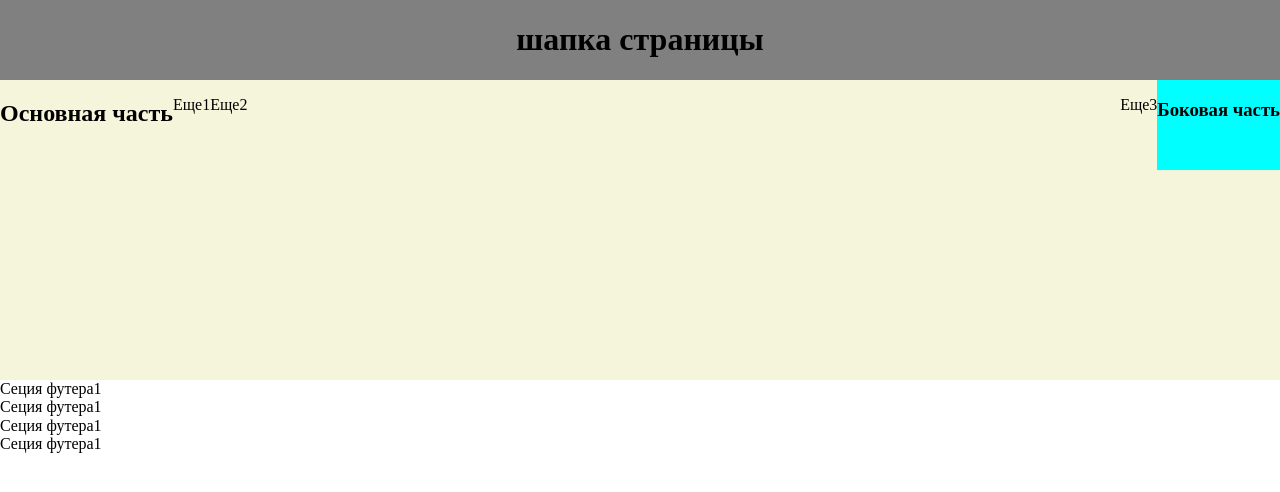
Repository: IrinaGetmanenko/week5
Page: week5/index.html
These files come from the project's save history. The page is drawn as it stood at one moment and after the next save; the edit follows.
The browser window is 1280 px wide. The pictures show the whole page.

Above is the page before, as saved 2022-08-27 20:59:18.

### week5/index.html
<!DOCTYPE html>
<html lang="en">
<head>
    <meta charset="UTF-8">
    <meta http-equiv="X-UA-Compatible" content="IE=edge">
    <meta name="viewport" content="width=device-width, initial-scale=1.0">
    <link rel="stylesheet" href="normalize.css">
    <title>Document</title>
    <style>
        .h1{
           display: flex;
           justify-content: center;
           height: 80px;
           background-color: gray;
        }
        .container1{
            display: flex;
            justify-content: flex-start;
            height: 300px;
            background-color: beige;
        }
        .main1{
            display: flex;

            height: 20px;
            border: 20px;
            color: rgb(27, 102, 167);
        }
        .main2{
            display: flex;

}
.main3{
    display: flex;
    flex: 1;
}

.aside{
    display: flex;
    justify-content: flex-end;
    height: 30%;
    background-color: aqua;



}
    </style>
</head>
<body>
    <header>
        <div class="h1">
            <h1>шапка страницы</h1>
    </header>

    <main>
        <div class="container1"><h2>Основная часть</h2>

        <div class="main1"></div>
        <p>Еще1</p>

        <div class="main2"></div>
        <p>Еще2</p>

        <div class="main3"></div>
        <p>Еще3</p>
        <div class="aside"> <h3>Боковая часть</h3>
        </div>
    </div>

    </main>



    <footer>
        <div>Сеция футера1</div>
        <div>Сеция футера1</div>
        <div>Сеция футера1</div>
        <div>Сеция футера1</div>
    </footer>


</body>
</html>

Loaded but not shown: week5/normalize.css (library)

After the next save:
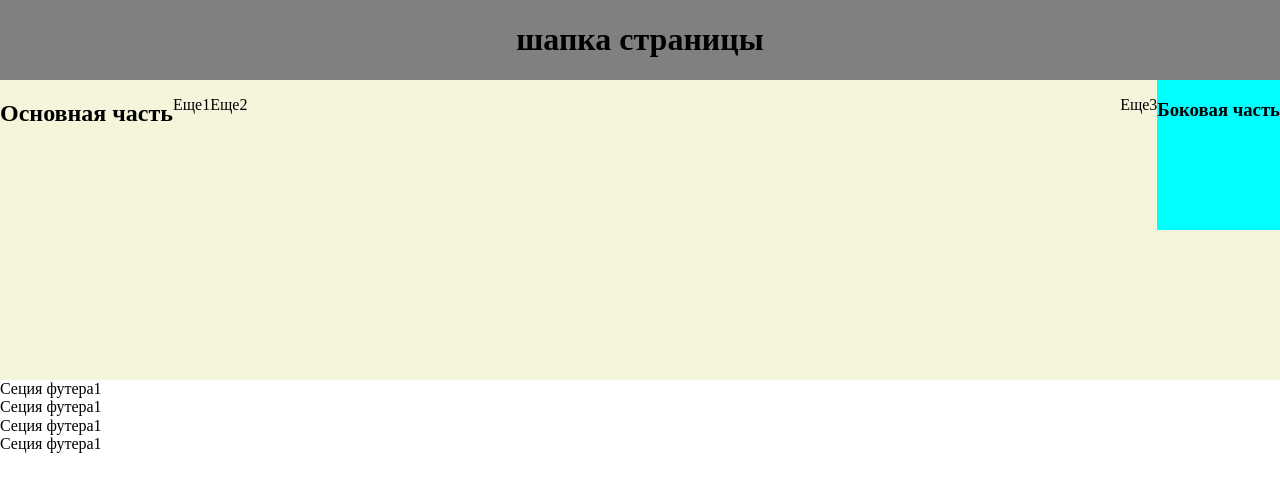
Saved 8 s later.
--- a/week5/index.html
+++ b/week5/index.html
@@ -38,7 +38,7 @@
 .aside{
     display: flex;
     justify-content: flex-end;
-    height: 30%;
+    height: 50%;
     background-color: aqua;
 
 
